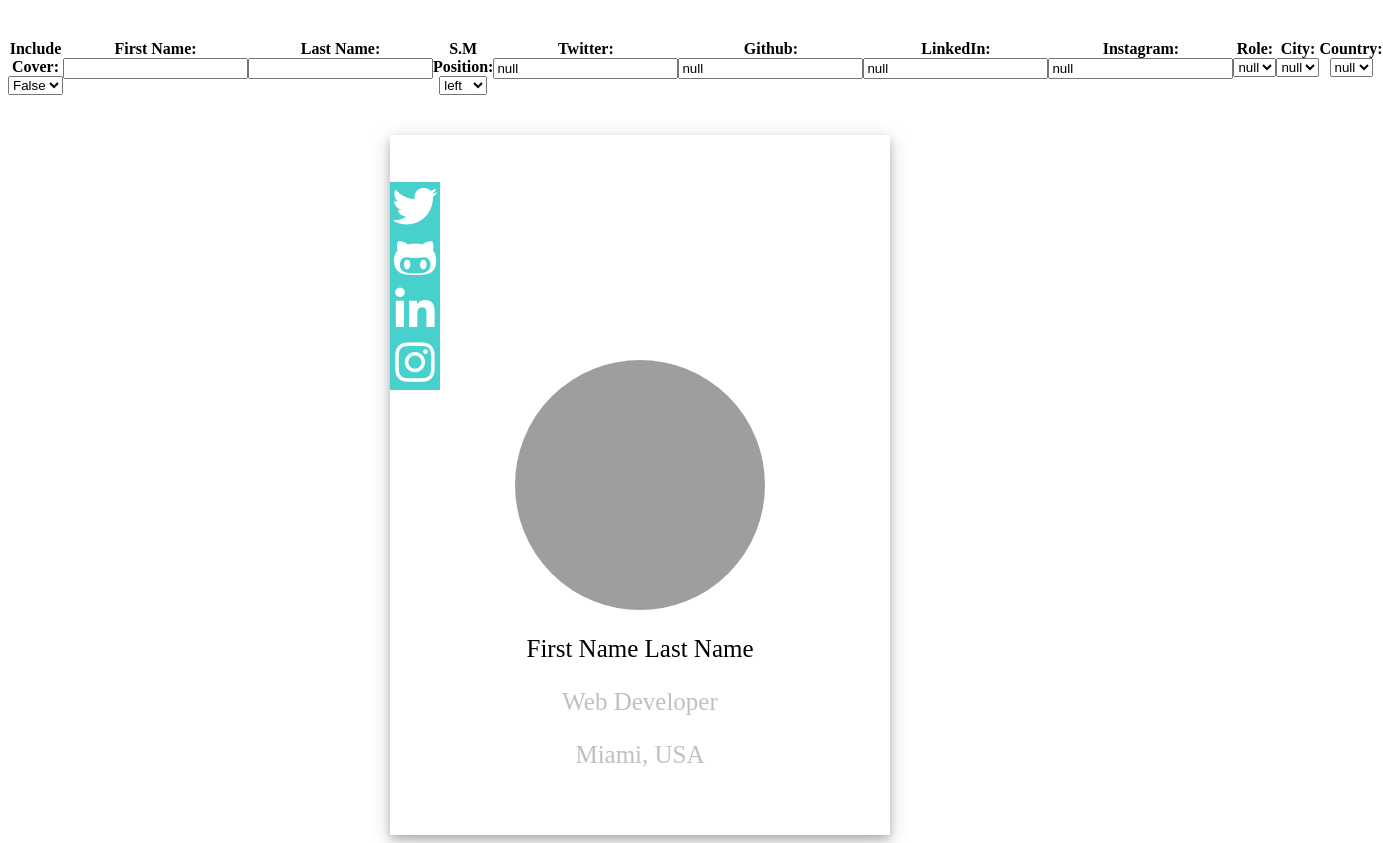
Repository: DJaye33/conditional-profile-card
Page: index.html
The author's editor kept a record of every edit. The page is drawn from the files as they stood at one moment, then again after the next edit.
The browser window is 1280 px wide. The page is 1383 px wide, so the pictures cover 1383 px, including what lies to the right of the window. The pictures show the whole page.
Pictures or frames that could not be fetched are drawn as grey boxes. Some web libraries are served in a nearby version.

Above is the page before.

### index.html
<!DOCTYPE html>
<html lang="en">

<head>
    <meta charset="UTF-8">
    <meta name="viewport" content="width=device-width, initial-scale=1.0">
    <meta http-equiv="X-UA-Compatible" content="ie=edge">
    <title>Conditional Profile Card</title>
    <script src="https://kit.fontawesome.com/d239cac0a2.js" crossorigin="anonymous"></script>
    <link rel="stylesheet" href="profileCard.css" type="text/css" />
</head>

<body>
    <div id='container'>

        <label for='cover-input'>
            Include Cover:
            <br />
            <select id='include-cover'>
                <option value='false'>False</option>
                <option value='true'>True</option>
            </select>
        </label>

        <label for='first-name'>
            First Name:
            <br />
            <input id='firstName' type='text' />
        </label>

        <label id='lastName' for='last-name'>
           Last Name:
            <br />
            <input type='text' />
        </label>

        <label for='cover-input'>
            S.M Position:
            <br />
            <select id='social-position'>
                <option value='left'>left</option>
                <option value='right'>right</option>
            </select>
        </label>

        <label for='twitter'>
           Twitter:
            <br />
            <input value='null' type='text' />
        </label>

        <label for='Github'>
           Github:
            <br />
            <input value='null' type='text' />
        </label>

        <label for='LinkedIn'>
           LinkedIn:
            <br />
            <input value='null' type='text' />
        </label>

        <label for='Instagram'>
           Instagram:
            <br />
            <input value='null' type='text' />
        </label>

        <label for='role'>
            Role:
            <br />
            <select>
                <option>null</option>
            </select>
        </label>

        <label for='city'>
            City:
            <br />
            <select>
                <option>null</option>
            </select>
        </label>

        <label for='country'>
            Country:
            <br />
            <select>
                <option>null</option>
            </select>
        </label>
    </div>

    <div id='card-body'>
        <div id='user-image'>
        </div>
        <section id='upper-half'></section>
        <section id='lower-half'>
            <div id='text-block'>
                <span id='firstNameEl'>First Name</span>
                <span id='lastNameEl'>Last Name</span>
                <p class='mute-text'>Web Developer</p>
                <p class='mute-text'>Miami, USA</p>
            </div>
            <ul id='social-links' class='right left'>
                <li><i class="fab fa-twitter"></i></li>

                <li><i class="fab fa-github-alt"></i></li>

                <li><i class="fab fa-linkedin-in"></i></li>

                <li><i class="fab fa-instagram"></i></li>
            </ul>

    </div>

    </section>

    <script src='profileCard.js'></script>
</body>

</html>

### profileCard.css
#container {
    display: flex;
    justify-content: space-around;
    margin-top: 40px;
    margin-bottom: 40px;
}

label {
    font-weight: bold;
    text-align: center;
}



#card-body {
    position: relative;
    background: white;
    margin: 0 auto;
    width: 500px;
    height: 700px;
    /*border-radius: 20px;*/
    box-shadow: 0 4px 8px 0 rgba(0, 0, 0, 0.2), 0 6px 20px 0 rgba(0, 0, 0, 0.19);
}

#user-image {
    background: url('https://images.unsplash.com/photo-1535713875002-d1d0cf377fde?ixlib=rb-1.2.1&ixid=eyJhcHBfaWQiOjEyMDd9&auto=format&fit=crop&w=500&q=60');
    background-size: contain;
    border: 5px solid white;
    border-radius: 50%;
    height: 250px;
    width: 250px;
    z-index: 99;
    position: absolute;
    margin: auto;
    top: 0;
    left: 0;
    right: 0;
    bottom: 0;
}

#upper-half {
    width: 100%;
    height: 50%;
}

.toggle-background {
    background: url('https://images.unsplash.com/photo-1570942872213-1242607a35eb?ixlib=rb-1.2.1&ixid=eyJhcHBfaWQiOjEyMDd9&auto=format&fit=crop&w=500&q=60') no-repeat;
    background-size: contain;

}

#lower-half {
    position: relative;
    background: white;
    width: 100%;
    height: 50%;
}

#text-block {
    font-size: 25px;
    margin: 0 auto;
    position: absolute;
    top: 0;
    left: 0;
    bottom: 0;
    right: 0;
    text-align: center;
    margin-top: 30%;
}

.mute-text {
    color: silver;
}

.right {
    position: relative;
    list-style-type: none;
    margin-right: 110%;
    padding: 0;
    bottom: 400px;
}

.left {
    position: absolute;
    list-style-image: none;

}

#social-links {
    background: #48D1CC;
    font-size: 45px;
    text-align: center;
    color: white;
    width: 10%;
}

### profileCard.js
const firstNameInput = document.getElementById('firstName');
const fistNameEl = document.getElementById('firstNameEl');
const lastNameInput = document.getElementById('lastName');
const lastNameEl = document.getElementById('lastNameEl');
const includeCover = document.querySelector('#include-cover');
const upperHalf = document.querySelector('#upper-half');
const socialPosition = document.querySelector('#social-position')
const socialLinks = document.querySelector('#social-links');

// console.log(socialLinks);

// ***** changes firstname on card on change *****//
firstNameInput.addEventListener('change', (event) => {
    fistNameEl.textContent = event.target.value;
})

// ***** changes last name on card on change ***** //
lastNameInput.addEventListener('change', (event) => {
    lastNameEl.textContent = event.target.value;
})

// ***** toggle background ***** //
includeCover.addEventListener('change', event => {
    if (event.target.value === 'true') {
        upperHalf.classList.add('toggle-background')
    }else if (event.target.value === 'false') {
        upperHalf.classList.remove('toggle-background')
    }
})

socialPosition.addEventListener('change', event => {
    const socialLink = socialLinks.classList;

    if (event.target.value === 'right') {
        socialLink.remove('left')
        socialLink.add('right')
    }
    else if (event.target.value === 'left') {
        socialLink.remove('right')
        socialLink.add('left');
    }
})

After the next edit:
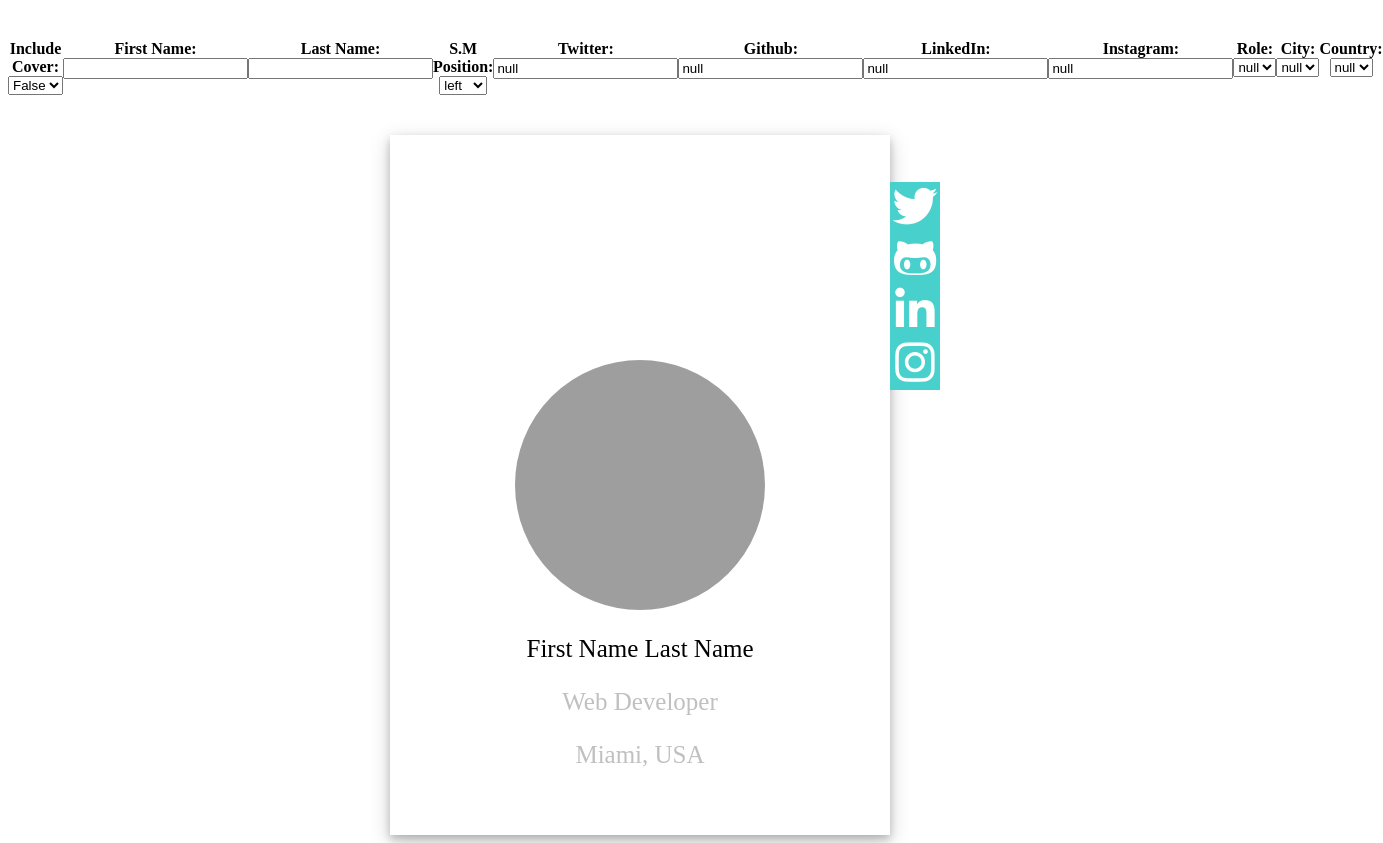
The edit:
--- a/profileCard.css
+++ b/profileCard.css
@@ -75,7 +75,7 @@
 .right {
     position: relative;
     list-style-type: none;
-    margin-right: 110%;
+    margin-left: 100%;
     padding: 0;
     bottom: 400px;
 }
